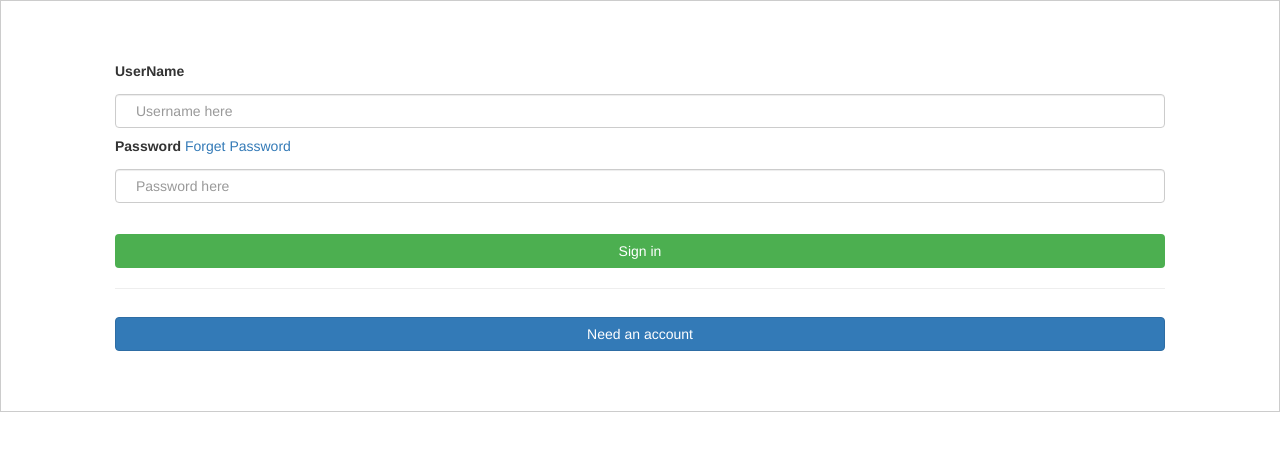
Repository: hamshini/demopro
Page: wippro/Application/WebContent/signin.html
These files come from the project's save history. The page is drawn as it stood at one moment and after the next save; the edit follows.
The browser window is 1280 px wide. The pictures show the whole page.

Above is the page before, as saved 2018-01-10 03:50:51.

After the next save:
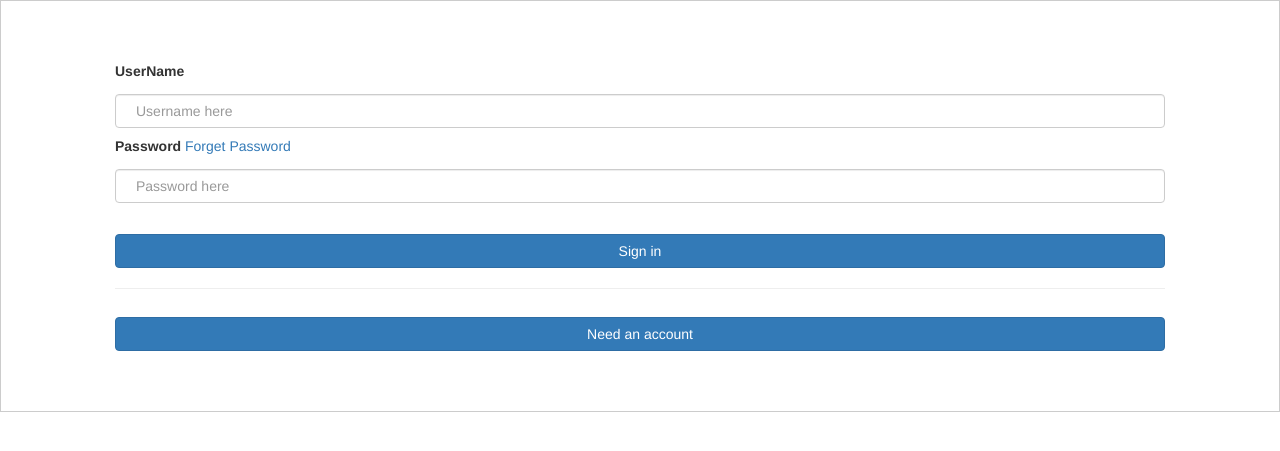
Saved 47 s later.
--- a/wippro/Application/WebContent/signin.html
+++ b/wippro/Application/WebContent/signin.html
@@ -62,7 +62,7 @@
 				name="pwd" required> <br>
 		</div>
 		<div class="clearfix">
-			<button type="button" class="btn ">Sign in</button>
+			<button type="button" class="btn btn-primary">Sign in</button>
 
 		</div>
 		<hr>

After the save that followed:
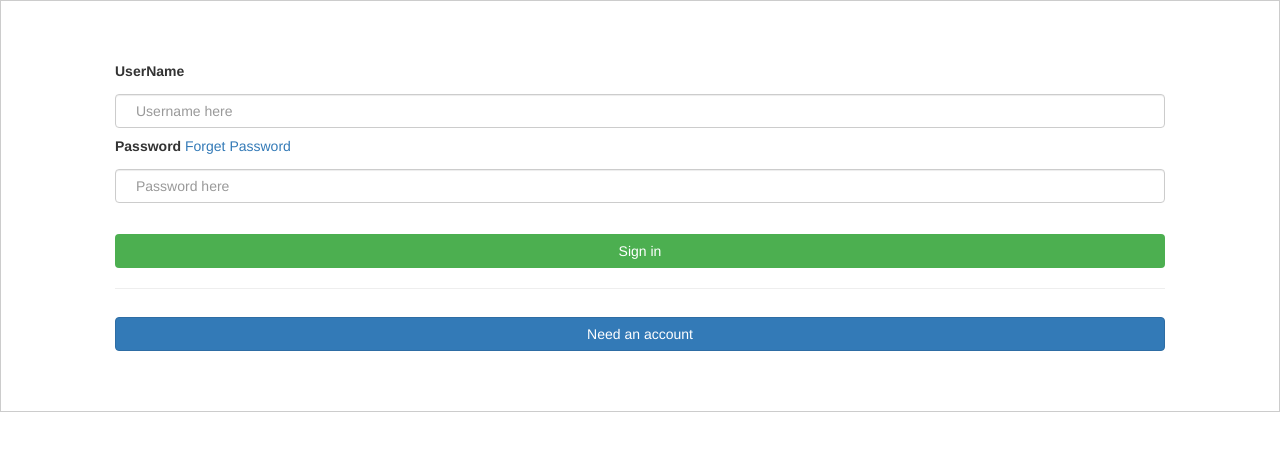
Saved 18 s later.
--- a/wippro/Application/WebContent/signin.html
+++ b/wippro/Application/WebContent/signin.html
@@ -62,7 +62,7 @@
 				name="pwd" required> <br>
 		</div>
 		<div class="clearfix">
-			<button type="button" class="btn btn-primary">Sign in</button>
+			<button type="button" class="btn btn-secondary">Sign in</button>
 
 		</div>
 		<hr>
